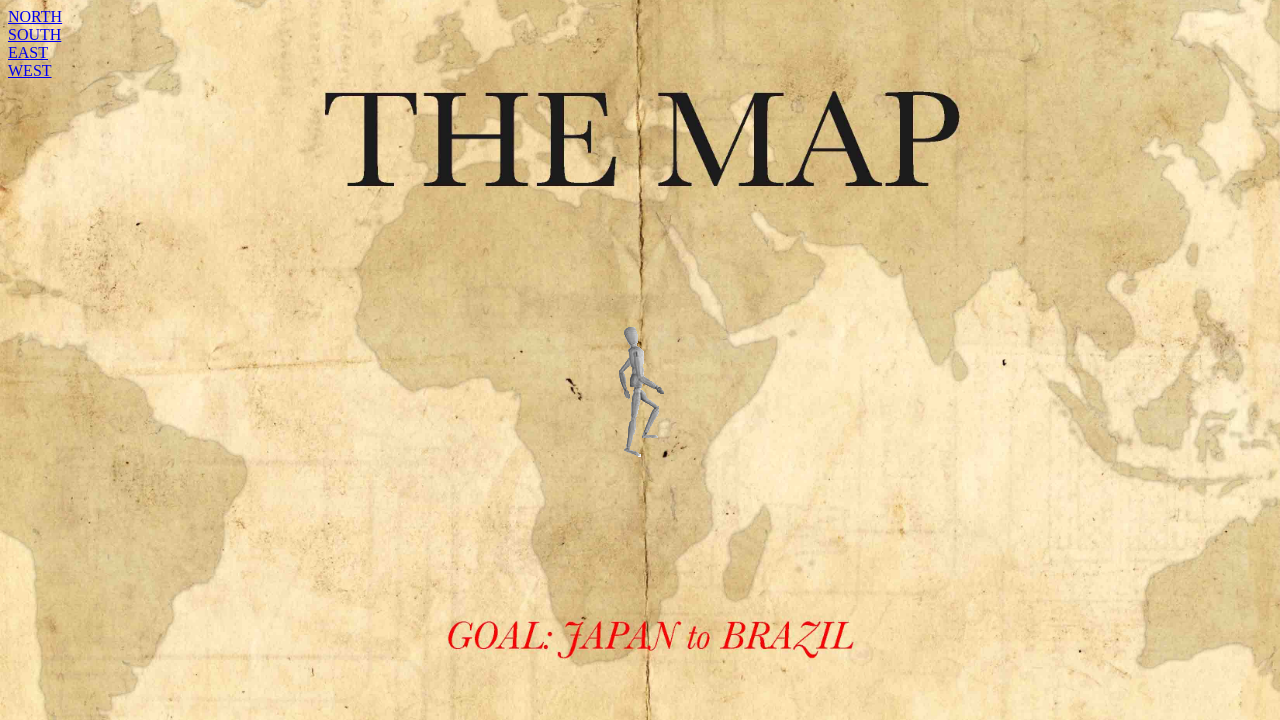
Repository: akihm683/akihm683.github.io
Page: map/first/first.html
The author's editor kept a record of every edit. The page is drawn from the files as they stood at one moment, then again after the next edit.
The browser window is 1280 px wide. The pictures show the whole page.

Above is the page before.

### map/first/first.html
<!DOCTYPE html>
<html>
    <head>
        <title>THE MAP</title>
        <link href="first.css" rel="stylesheet">
            </head>
    <body>
       <div class="figure"><img src="../figure.jpg"></div>
       <div class="north"><a href="../russia/russia.html">NORTH</a></div>
       <div class="south"><a href="../philippines/philippines.html">SOUTH</a></div>
       <div class="east"><a href="../unitedstates/unitedstates.html">EAST</a></div>
       <div class="west"><a href="../southkorea/southkorea.html">WEST</a></div>
    </body>


</html>

### map/first/first.css

body {
  background: url("first.jpg") no-repeat center center fixed;
  -webkit-background-size: cover;
  -moz-background-size: cover;
  -o-background-size: cover;
  background-size: cover;
}

.figure {
    position:fixed;
    right:50%;
    top:50%;
    width:104px;
    height:164px;
    margin-top:-50px;
    margin-right:-52px;
}

After the next edit:
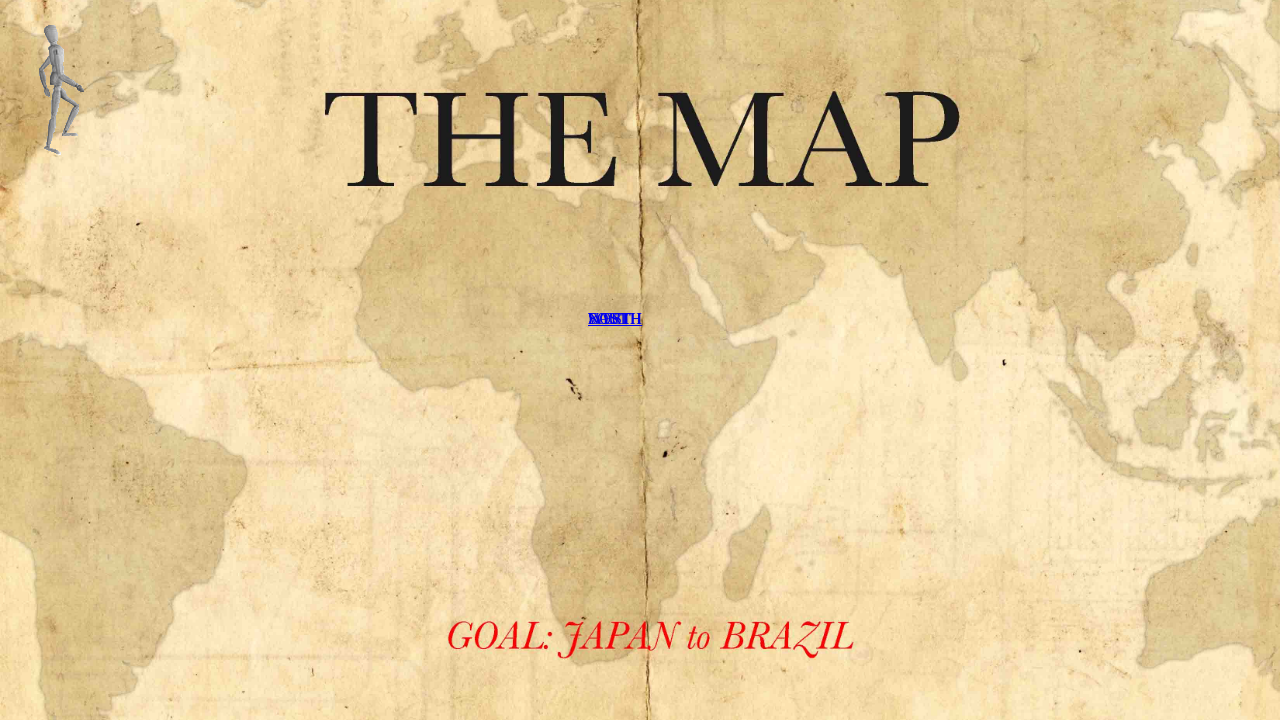
The edit:
--- a/map/first/first.css
+++ b/map/first/first.css
@@ -7,7 +7,7 @@
   background-size: cover;
 }
 
-.figure {
+a {
     position:fixed;
     right:50%;
     top:50%;
